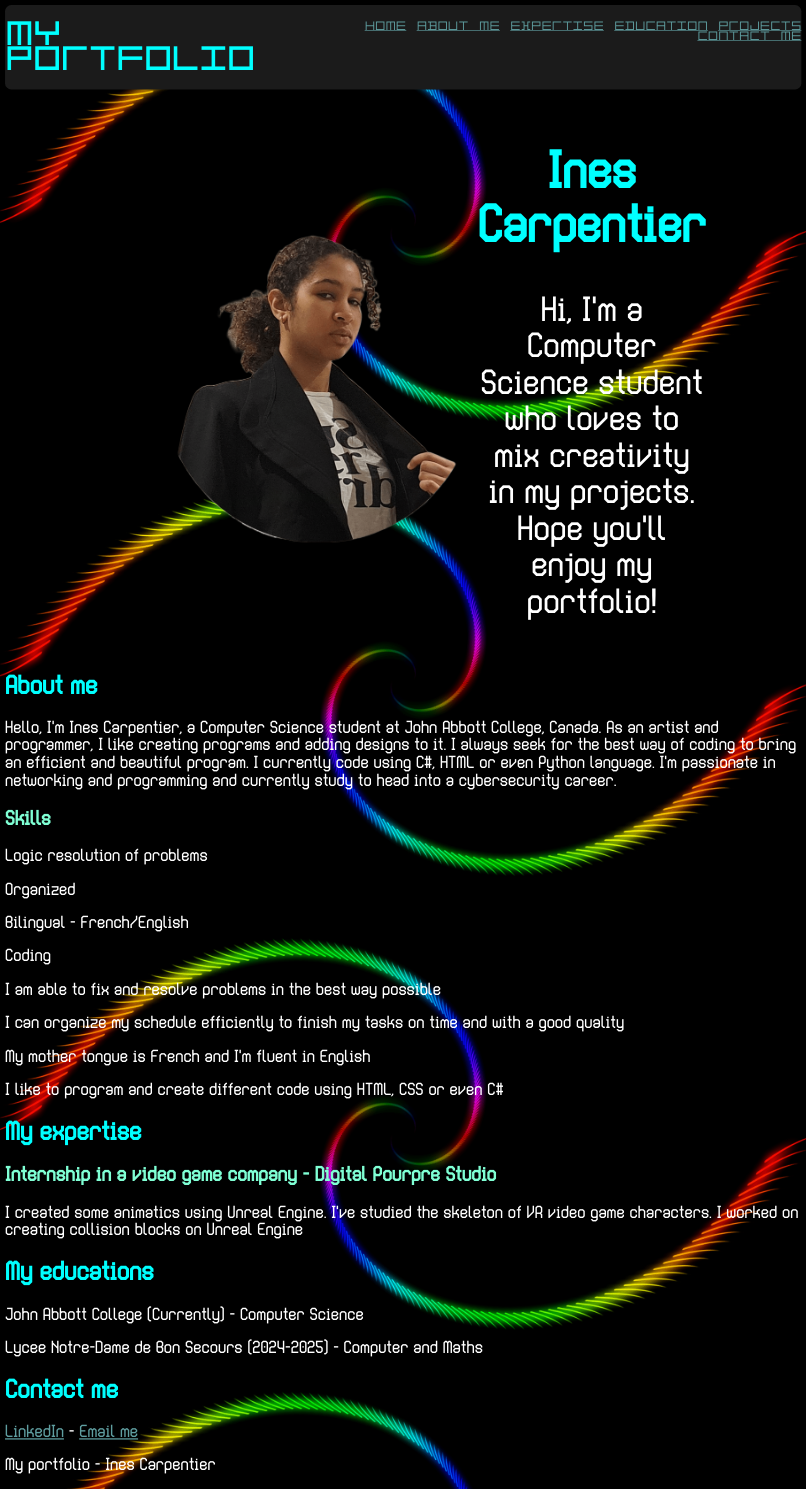
Repository: InsCarp/InsCarp
Page: index.html
The author's editor kept a copy of each file at every save. The page is drawn from the files as they stood at one save, then again after the next save.
The browser window is 1280 px wide. The pictures show the whole page, at 63% of full size.
Backgrounds fixed to the window are drawn as part of the page.

Above is the page before, as saved 2026-05-12 08:44:39.

### index.html
<!DOCTYPE html>
<html lang="en">
<head>
    <meta charset="UTF-8">
    <meta name="viewport" content="width=device-width, initial-scale=1.0">
    <link rel="icon" href="/assets/images/Logo.svg" type="image/svg" />
    <link rel="stylesheet" href="/styles/globals.css" type="text/css"/>
    <link rel="stylesheet" href="/styles/index.css" type="text/css"/>

    <title>Portfolio - Ines Carpentier</title>
</head>
<header>
    <h1 id="Title">My portfolio</h1>
    <nav>
        <a href="index.html">Home</a>
        <a href="#About">About me</a>
        <a href="#Expertise">Expertise</a>
        <a href="#Education">Education</a>
        <a href="project.html">Projects</a> <!--Put my project page here-->
        <a href="#Contact">Contact me</a>
    </nav>
</header>
<body>
    <div class="Intro">
        <article>
            <img
               src="/assets/images/me.png" id="Me" alt="My image"/>
        </article>
        <article id="intro">
            <h2>Ines Carpentier</h2>
            <p>Hi, I'm a Computer Science student who loves to mix creativity in my projects.
                Hope you'll enjoy my portfolio!</p>
        </article>
    </div>
    <div class="About">
        <h2 id="About">About me</h2>
        <p>Hello, I'm Ines Carpentier, a Computer Science student at John Abbott College, Canada. As an artist and programmer, I like creating programs and adding designs to it. I always seek for the
             best way of coding to bring an efficient and beautiful program. I currently code using C#, HTML or even Python language. I'm passionate in networking and programming and currently study to head into a cybersecurity career.</p>
        <h3>Skills</h3>
        <section class="Skills">
            <article>
            <p>Logic resolution of problems</p>
            <p>Organized</p>
            <p>Bilingual - French/English</p>
            <p>Coding</p>
        </article>
        <article>
            <p>I am able to fix and resolve problems in the best way possible</p>
            <p>I can organize my schedule efficiently to finish my tasks on time and with a good quality</p>
            <p>My mother tongue is French and I'm fluent in English</p>
            <P>I like to program and create different code using HTML, CSS or even C#</P>
        </article>
        </section>

    </div>
    <div class="Exp">
        <h2 id="Expertise">My expertise</h2>
        <article>
            <h3>Internship in a video game company - Digital Pourpre Studio</h3>
        </article>
        <article>
            <p>I created some animatics using Unreal Engine. I've studied the skeleton of VR video game characters. I worked on creating collision blocks on Unreal Engine</p>
        </article>
    </div>
    <div class="Education">
        <h2 id="Education">My educations</h2>
        <p>John Abbott College (Currently) - Computer Science
        </p>
        <p>Lycee Notre-Dame de Bon Secours (2024-2025) - Computer and Maths</p>
    </div>
    <div class="Contact">
        <h2 id="Contact">Contact me</h2>
        <p><a href="linkedin.com/in/ines-carpentier-690b8b387">LinkedIn</a> - <a href="mailto:carpentierines5@gmail.com">Email me</a></p>
    </div>
</body>
<footer>
    <p>My portfolio - Ines Carpentier</p>
</footer>
</html>

### styles/globals.css
@font-face {
    font-family: Title;
    src: url(/assets/fonts/Y224-2vdae.ttf);
}
@font-face {
    font-family: Portfolio;
    src: url(/assets/fonts/Eightgon-OGn6p.ttf);
}

html{
    font-size:25px;
}

a {
    color:cadetblue;
}

a:visited{
    color:aquamarine;
}
a:hover{
    color:greenyellow;
}
a:active{
    color:yellow;
}

body{
    background-color:rgb(0, 2, 36);
    color:rgb(255, 255, 255);
    background-image: url(../assets/images/back.gif);
    background-size: cover;
    background-repeat: no-repeat;
    background-attachment: fixed;
    font-family: Portfolio;
}




h1, h2{
    color:aqua;

}

h3{
    color:aquamarine;
}


header {

    display: flex;

    flex-direction: row;
    font-family: Title;
    justify-content: space-between;
    background-color:rgb(27, 27, 27);
    border-radius: 10px;
    font-size:0.8rem;


}
nav{
    display:none;
}


@media only screen and (min-width: 800px){
    header {
    display: flex;
    flex-direction: row;
    font-family: Title;
    justify-content: space-between;

}
nav{
    text-align:right;
    display:initial;
    font-size:0.4rem;
    margin-top:8%;


}
}

@media only screen and (min-width: 1200px){
    header {
    display: flex;
    flex-direction: row;
    font-family: Title;
    justify-content: space-between;



}
nav{
    text-align:right;
    display:initial;
    font-size:0.6rem;
    margin-top:2%;



}
}

### styles/index.css
.Intro{
    margin-top: 1rem;
    display:flex;
    flex-direction: column;
    align-items: center;
}

#intro{

    text-align: center;
    font-size:2rem;

}

#Me{
    margin-top: 1rem;
    width:15rem;
}


@media only screen and (min-width: 800px){
    .Intro{
    margin-top: 1rem;
    display:flex;
    flex-direction: row;
    justify-content: space-between;
}

#intro{

    text-align: center;
    font-size:2rem;
    width: 20rem;
    margin-right: 10rem;
}

#Me{
    margin-left:10rem;
    width:20rem;
}
}

After the next save:
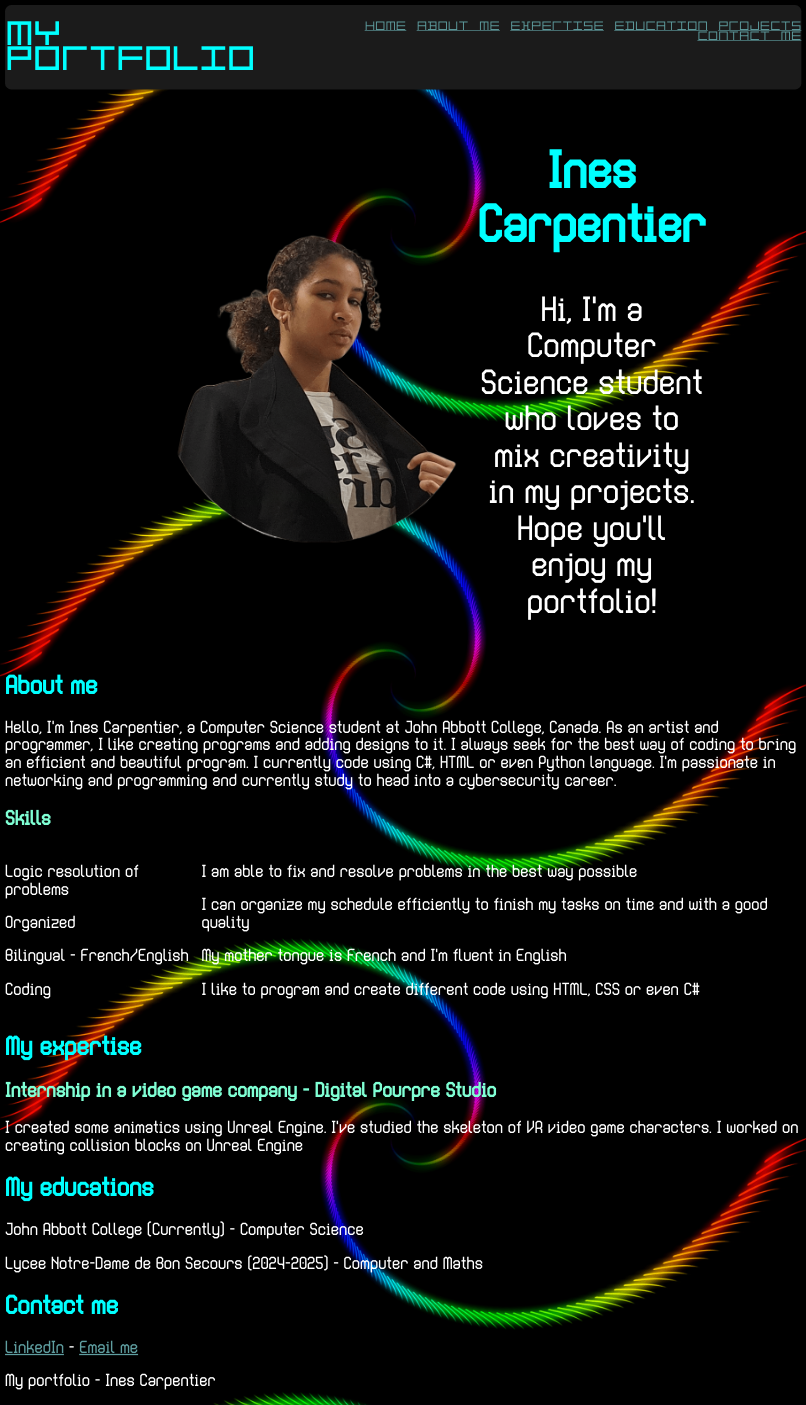
Saved 73 s later.
--- a/styles/index.css
+++ b/styles/index.css
@@ -39,3 +39,9 @@
     width:20rem;
 }
 }
+
+
+.Skills{
+    display: flex;
+    flex-direction:row;
+}
